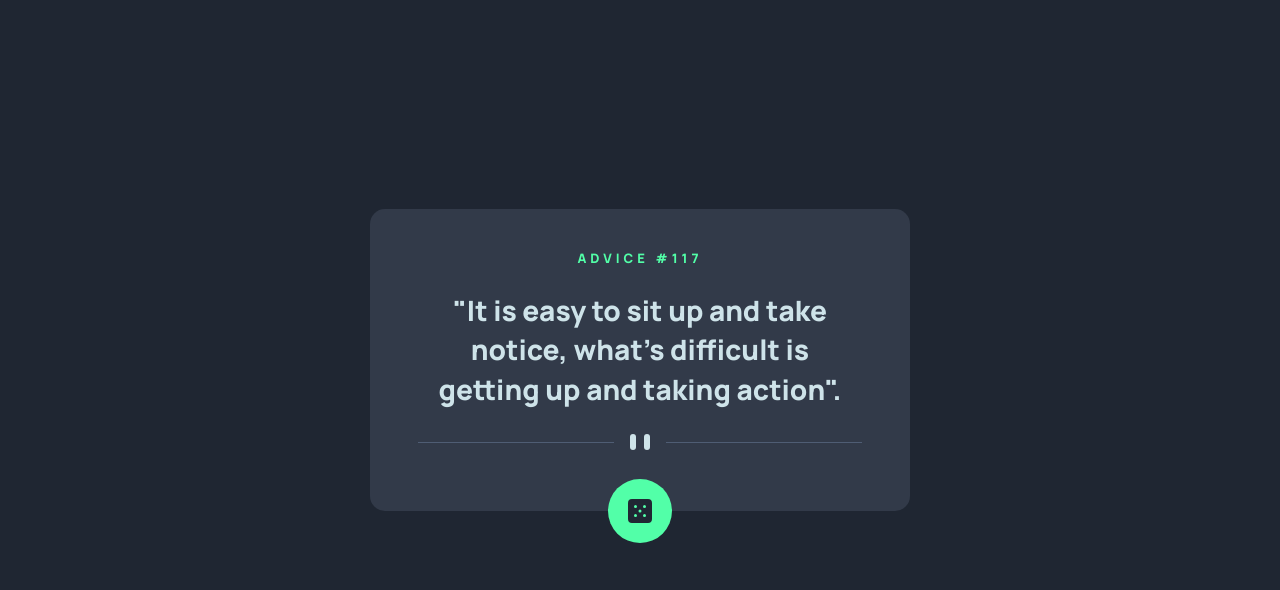
Repository: Daki-builds/advice-generator-app
Page: index.html
The author's editor kept a copy of each file at every save. The page is drawn from the files as they stood at one save, then again after the next save.
The browser window is 1280 px wide. The pictures show the whole page.

Above is the page before, as saved 2026-10-11 04:38:16.

After the next save:
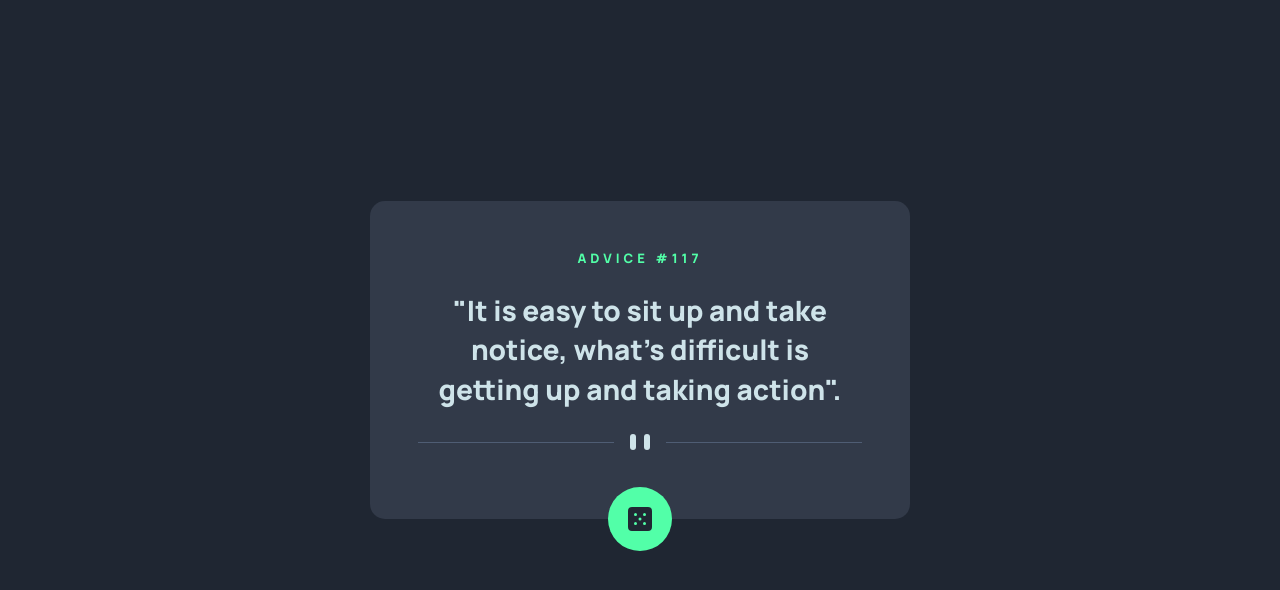
Saved 15 s later.
--- a/style.css
+++ b/style.css
@@ -53,7 +53,6 @@ h1 {
 p {
   font-size: var(--font-size);
   line-height: 1.4;
-  width: 90%;
   color: var(--blue-200);
 }
 
@@ -83,7 +82,7 @@ button:hover {
 }
 
 @media (min-width: 768px) {
-  /* .container {
+  .container {
     padding: 48px 48px 64px;
   }
-} */
+}
